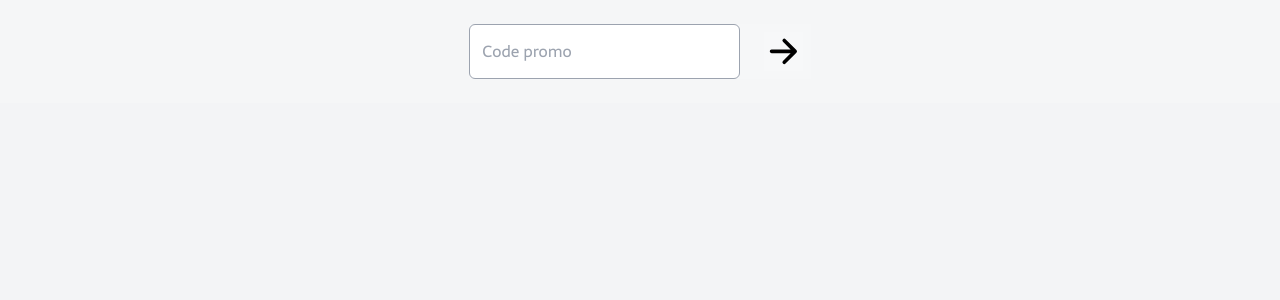
Repository: darlino/gotyu_shopify_section
Page: reduction_input210223/index.html
An editor plug-in stored every save of this project. The page is shown before and after the next save, followed by the edit.
The browser window is 1280 px wide. The pictures show the whole page.
Some web libraries are served in a nearby version.

Above is the page before, as saved 2023-02-21 21:57:30.

### reduction_input210223/index.html
<!DOCTYPE html>
<html lang="en">
  <head>
    <meta charset="UTF-8" />
    <meta http-equiv="X-UA-Compatible" content="IE=edge" />
    <meta name="viewport" content="width=device-width, initial-scale=1.0" />
    <title>Document</title>
    <link rel="preconnect" href="https://fonts.googleapis.com" />
    <link rel="preconnect" href="https://fonts.gstatic.com" crossorigin />
    <link
      href="https://fonts.googleapis.com/css2?family=Sarala&display=swap"
      rel="stylesheet"
    />
    <link rel="stylesheet" href="style.css" />
    <script src="https://cdn.tailwindcss.com"></script>
  </head>
  <body>
    <section id="reduction210223">
      <div class="max-w-[1300px] h-screen flex flex-col mx-auto bg-gray-100">
        <div
          class="flex flex-col md:px-32 px-8 py-6 justify-center items-center"
        >
          <div class="flex flex-row justify-between space-x-4 md:w-1/3 w-full">
            <input
              type="text"
              class="px-3 w-5/6 py-2 border outline-none border-1 border-gray-400 bg-white rounded-md"
              placeholder="Code promo"
            />
            <button
              type="text"
              class="px-2 w-1/6 py-2 background-slate-700 rounded-md text-center"
            >
              <svg
                xmlns="http://www.w3.org/2000/svg"
                class="ionicon"
                viewBox="0 0 512 512"
              >
                <title>Arrow Forward</title>
                <path
                  fill="none"
                  stroke="currentColor"
                  stroke-linecap="round"
                  stroke-linejoin="round"
                  stroke-width="48"
                  d="M268 112l144 144-144 144M392 256H100"
                />
              </svg>
            </button>
          </div>
        </div>
      </div>
    </section>
  </body>
</html>

### reduction_input210223/style.css
* {
  margin: 0;
  padding: 0;
  font-family: "Sarala", sans-serif;
  background-color: rgba(255, 255, 255, 0.13);
}
#reduction {
  width: 100%;
  height: 100%;
}

After the next save:
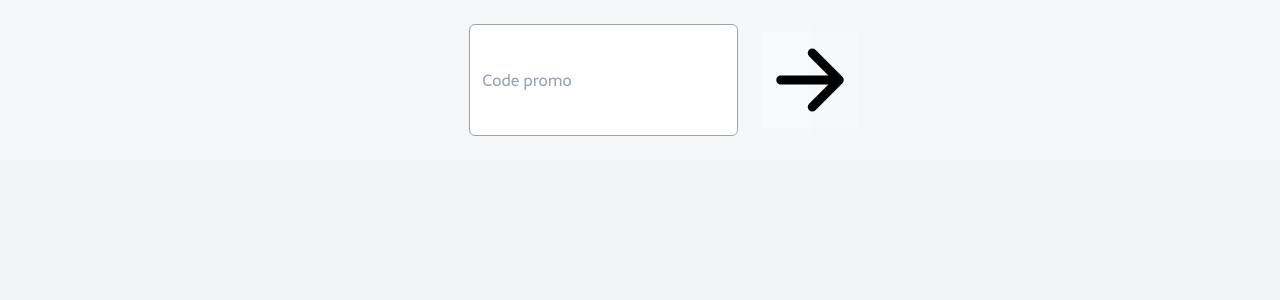
Saved 41 s later.
--- a/reduction_input210223/index.html
+++ b/reduction_input210223/index.html
@@ -30,21 +30,23 @@
               type="text"
               class="px-2 w-1/6 py-2 background-slate-700 rounded-md text-center"
             >
-              <svg
-                xmlns="http://www.w3.org/2000/svg"
-                class="ionicon"
-                viewBox="0 0 512 512"
-              >
-                <title>Arrow Forward</title>
-                <path
-                  fill="none"
-                  stroke="currentColor"
-                  stroke-linecap="round"
-                  stroke-linejoin="round"
-                  stroke-width="48"
-                  d="M268 112l144 144-144 144M392 256H100"
-                />
-              </svg>
+              <div class="w-24 h-24">
+                <svg
+                  xmlns="http://www.w3.org/2000/svg"
+                  class="ionicon"
+                  viewBox="0 0 512 512"
+                >
+                  <title>Arrow Forward</title>
+                  <path
+                    fill="none"
+                    stroke="currentColor"
+                    stroke-linecap="round"
+                    stroke-linejoin="round"
+                    stroke-width="48"
+                    d="M268 112l144 144-144 144M392 256H100"
+                  />
+                </svg>
+              </div>
             </button>
           </div>
         </div>
